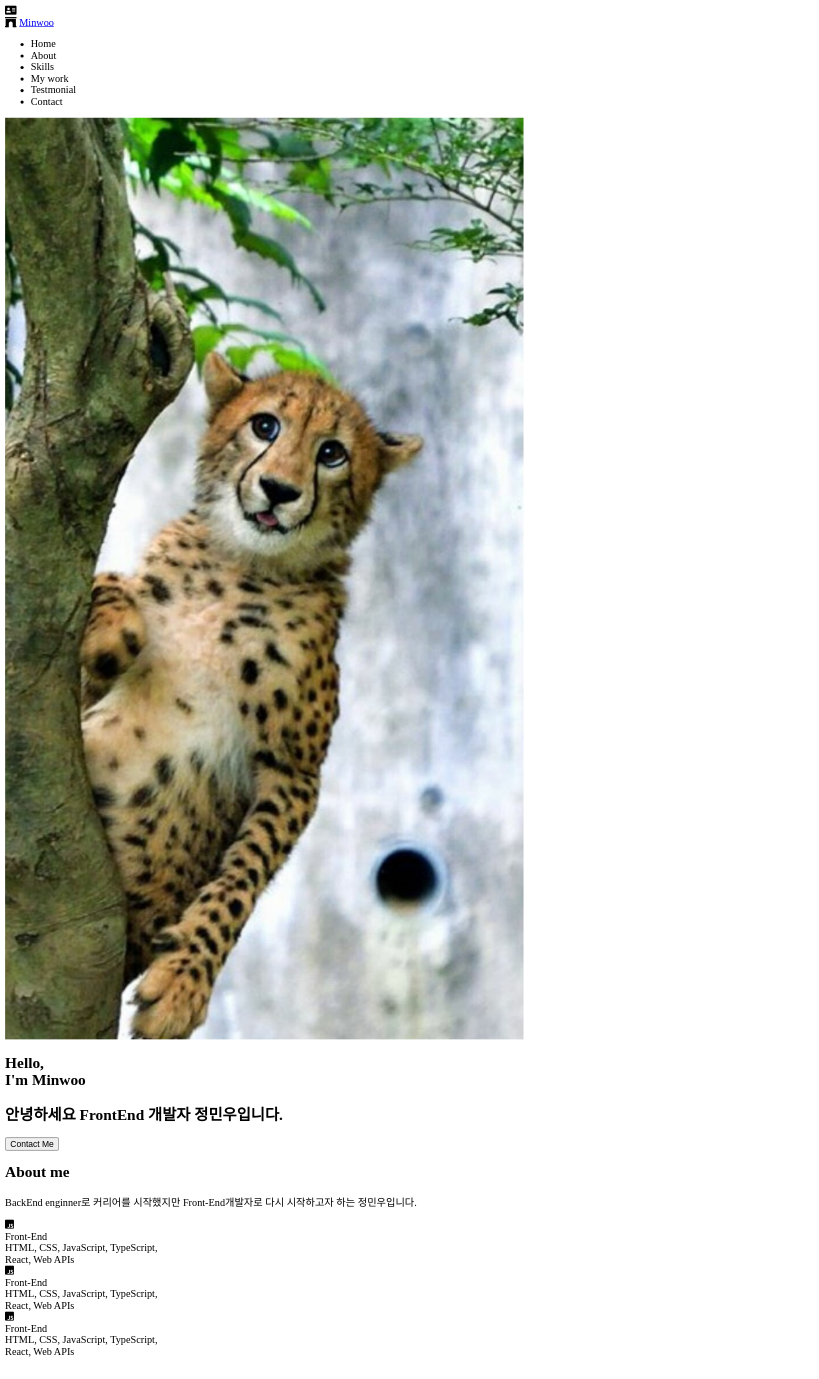
Repository: DevMinwoo-Jung/Portfolio
Page: index.html
An editor plug-in stored every save of this project. The page is shown before and after the next save, followed by the edit.
The browser window is 1280 px wide. The pictures show the whole page, at 64% of full size.
Some web libraries are served in a nearby version.

Above is the page before, as saved 2021-03-22 13:27:53.

### index.html
<!DOCTYPE html>
<html lang="en">
<head>
  <meta charset="UTF-8">
  <meta http-equiv="X-UA-Compatible" content="IE=edge">
  <meta name="viewport" content="width=device-width, initial-scale=1.0">
  <title>Minwoo's Portfolio</title>
  <meta name="description" content="Portfolio for FrontEnd software enginner Minwoo">
  <meta name="author" content="Minwoo">
  <link rel="stylesheet" href="https://pro.fontawesome.com/releases/v5.10.0/css/all.css" integrity="sha384-AYmEC3Yw5cVb3ZcuHtOA93w35dYTsvhLPVnYs9eStHfGJvOvKxVfELGroGkvsg+p" crossorigin="anonymous"/>
  <link rel="icon" type="image/png" href="imgs/favicon.png" />
  <i class="fas fa-address-card"></i>
  <link rel="preconnect" href="https://fonts.gstatic.com">
<link href="https://fonts.googleapis.com/css2?family=Open+Sans:wght@400;600;700&display=swap" rel="stylesheet">
<!-- font-family: 'Open Sans', sans-serif; -->
<link rel="stylesheet" href="style.css">
<script src="main.js" defer></script>
</head>
<body>
  <!-- Navbar -->
  <nav id="navbar">
    <div class="navbar__logo"></div>
    <i class="fas fa-archway"></i>
    <a href="#">Minwoo</a>
      <ul class="navbar__menu">
        <li class="navbar__menu__item">Home</li>
        <li class="navbar__menu__item">About</li>
        <li class="navbar__menu__item">Skills</li>
        <li class="navbar__menu__item">My work</li>
        <li class="navbar__menu__item">Testmonial</li>
        <li class="navbar__menu__item">Contact</li>
      </ul>
  </nav>
  <!-- Home -->
  <section id="home">
    <img src="imgs/main.png"
         alt="Minwoo's profile photo"
         class="home__avatar"
     />
    <h1 class="home__title">Hello, <br> I'm Minwoo</h1>
    <h2 class="home__description">안녕하세요 FrontEnd 개발자 정민우입니다.</h2>
    <button class="home__contact">Contact Me</button>
  </section>
  <!-- About -->
  <section id="about">
    <h1>About me</h1>
    <p>
      BackEnd enginner로 커리어를 시작했지만 Front-End개발자로 다시 시작하고자 하는 정민우입니다.
    </p>
    <div class="about__majors">
      <div class="major">
        <div class="major__icon">
          <i class="fab fa-js-square"></i>
        </div>
        <div class="major__title">Front-End</div>
        <div class="major__description">
          HTML, CSS, JavaScript, TypeScript,
          <br/> React, Web APIs
        </div>
      </div>
      <div class="major">
        <div class="major__icon">
          <i class="fab fa-js-square"></i>
        </div>
        <div class="major__title">Front-End</div>
        <div class="major__description">
          HTML, CSS, JavaScript, TypeScript,
          <br/> React, Web APIs
        </div>
      </div>
      <div class="major">
        <div class="major__icon">
          <i class="fab fa-js-square"></i>
        </div>
        <div class="major__title">Front-End</div>
        <div class="major__description">
          HTML, CSS, JavaScript, TypeScript,
          <br/> React, Web APIs
        </div>
      </div>
    </div>
    <div class="about__jobs">
      <div class="job">
        <img src="" alt="" class="job__logo">
        <p class="job__name"></p>
        <p class="job__period"></p>
      </div>
      <div class="job"></div>
    </div>
  </section>
  <!-- Skills -->
  <section id="skills">
  </section>
  <!-- Work -->
  <section id="work">
  <!-- Testmonials -->
  <section id="testmonials">
  <!-- Contact -->
  <section id="contact"></section>
  </section>
  </section>
  </section>
</body>
</html>

Loaded but not shown: main.js (no stored copy; drawn as an empty file); style.css (no stored copy; drawn as an empty file)

After the next save:
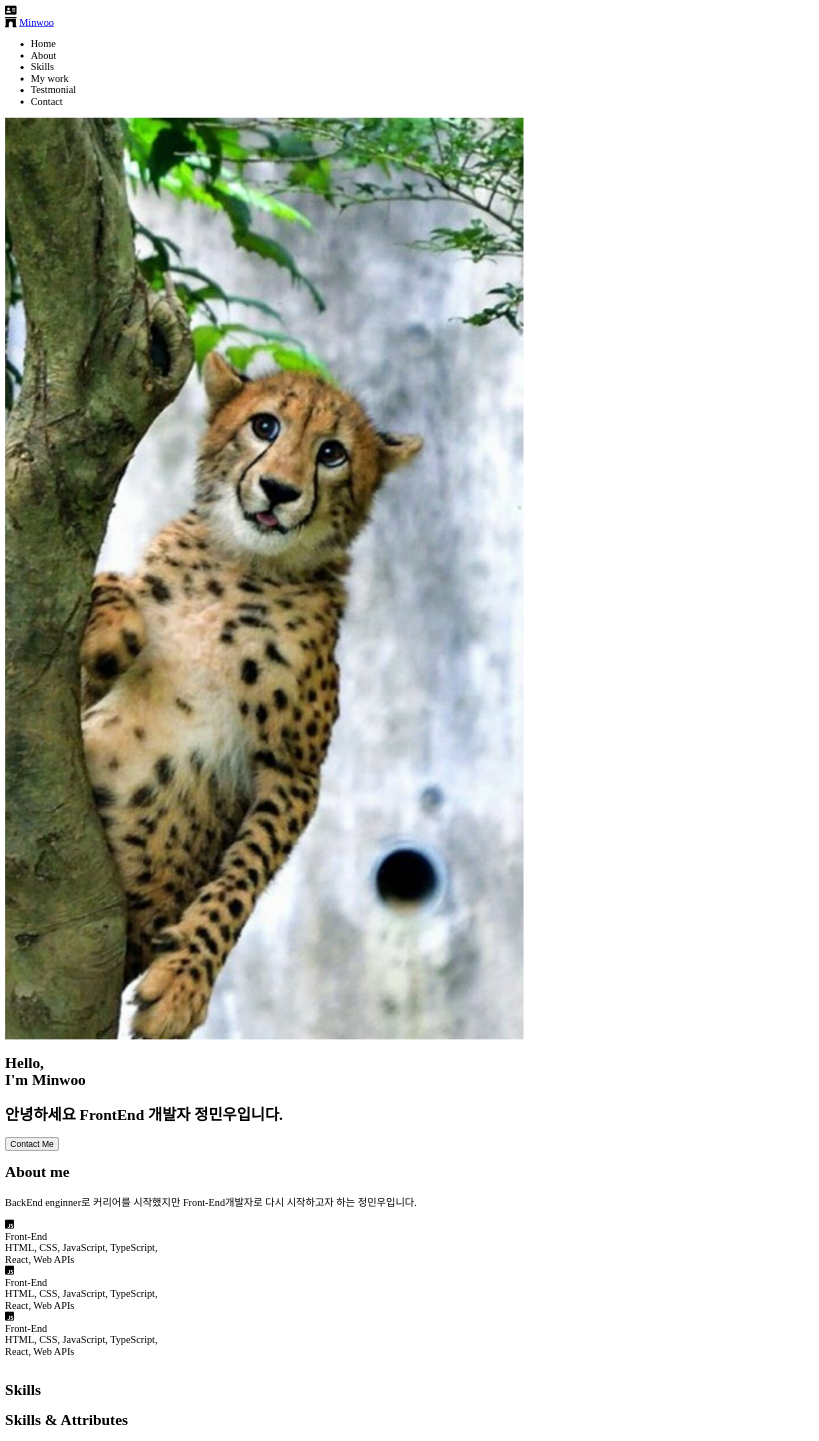
Saved 12 min 56 s later.
--- a/index.html
+++ b/index.html
@@ -90,6 +90,11 @@
   </section>
   <!-- Skills -->
   <section id="skills">
+    <h1>Skills</h1>
+    <h2>Skills & Attributes</h2>
+    <p>
+
+    </p>
   </section>
   <!-- Work -->
   <section id="work">
